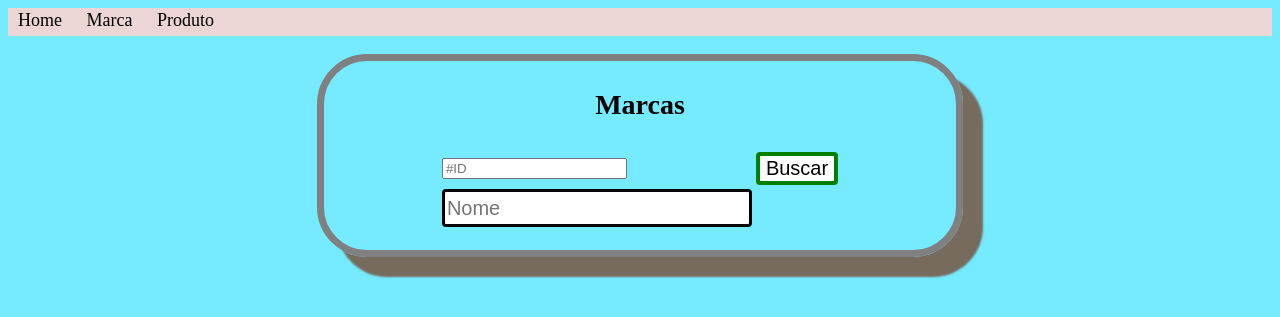
Repository: ThaisScheiner/TarefaLabBD_Programacao_SQL_Java_Maven
Page: http://localhost/CrudServletsComMaven/marca.jsp
The author's editor kept a copy of each file at every save. The page is drawn from the files as they stood at one save, then again after the next save.
The browser window is 1280 px wide. The pictures show the whole page.
The page is served by Tomcat 9. Other server files are loaded and not shown.

Above is the page before, as saved 2022-09-04 21:50:50.

### CrudServletsComMaven/src/main/webapp/marca.jsp
<%@ page language="java" contentType="text/html; charset=ISO-8859-1"
    pageEncoding="ISO-8859-1"%>
<!DOCTYPE html>
<html>
<head>
<meta charset="ISO-8859-1">
<link rel="stylesheet" href="./css/styles.css">
<title>MARCA</title>
</head>
<body>
	<div>
		<jsp:include page="menu.jsp"></jsp:include>
	</div>

	<br />

	<div align="center" class="container">
		<form action="marca" method="post">
			<p class="title">
				<b>Marcas</b>
			</p>

			<table>
				<tr>
					<td colspan="3">
						<input class="id_input_data" type="number" min="0"
							step="1" id="id" name="id" placeholder="#ID">
					</td>

					<td>
						<input type="submit" id="botao" name="botao" value="Buscar">
					</td>
				</tr>
				<tr>
					<td>
						<input class="input_data" type="text" id="nome" name="nome" placeholder="Nome">
					</td>
				</tr>
			</table>
		</form>

	</div>
</body>
</html>

### CrudServletsComMaven/src/main/webapp/menu.jsp
<%@ page language="java" contentType="text/html; charset=ISO-8859-1"
    pageEncoding="ISO-8859-1"%>
<!DOCTYPE html>
<html>
<head>
<meta charset="ISO-8859-1">
<link rel="stylesheet" href="./css/styles.css">
<title></title>
</head>
<body>
	<nav id="menu">
		<ul>
			<li><a href="index.jsp">Home</a>
			<li><a href="marca.jsp">Marca</a>
			<li><a href="prduto.jsp">Produto</a>
		</ul>
	</nav>
</body>
</html>

### CrudServletsComMaven/src/main/webapp/css/styles.css
@charset "ISO-8859-1";

body
{
	background-color: #76EAFF;
}

#menu ul
{
	padding: 0px;
	margin: 0px;
	list-style: none;
	background-color: #ECD6D5;
	font-size: 18px;
}

#menu ul li
{
	display: inline;
}

#menu ul li a
{
	font-size: 18px;
	padding: 2px 10px;
	display: inline-block;
	background-color: #ECD6D5;
	color: black;
	text-decoration: none;
	border-bottom: 3px solid #ECD6D5;
}

#menu ul li a:hover
{
	font-size: 18px;
	background-color: #A4A4A4;
	color: white;
	border-bottom: 3px solid red;
}

input[type=submit]
{
	border: 4px solid green;
	color: black;
	background-color: white;
	border-radius: 4px;
	font-size: 20px;
}

input[type=submit]:hover
{
	background-color: green;
	color: white;
}

.container
{
	margin: auto;
	width: 50%;
	border: 7px solid gray;
	border-radius: 50px;
	padding-bottom: 20px;
	box-shadow: 20px 20px 2px #766B5D
}

.title
{
	font-size: 28px;
	color: black;
}

.input_data
{
	border: 3px solid black;
	border-radius: 4px;
	height: 30px;
	width: 300px;
	font-size: 20px;
}

.input_data_id
{
	border: 3px solid black;
	border-radius: 4px;
	height: 30px;
	width: 50px;
	font-size: 20px;
}

.input_data_date
{
	border: 3px solid black;
	border-radius: 4px;
	height: 30px;
	width: 180px;
	font-size: 20px;
}

.table_round
{
	border: 1px solid black;
	border-radius: 10px;
}

.th_dash
{
	border: 0.5px solid blue;
	border-style: dashed;
}

.td_groove
{
	border: 0.5px solid red;
	border-style: groove;
}

After the next save:
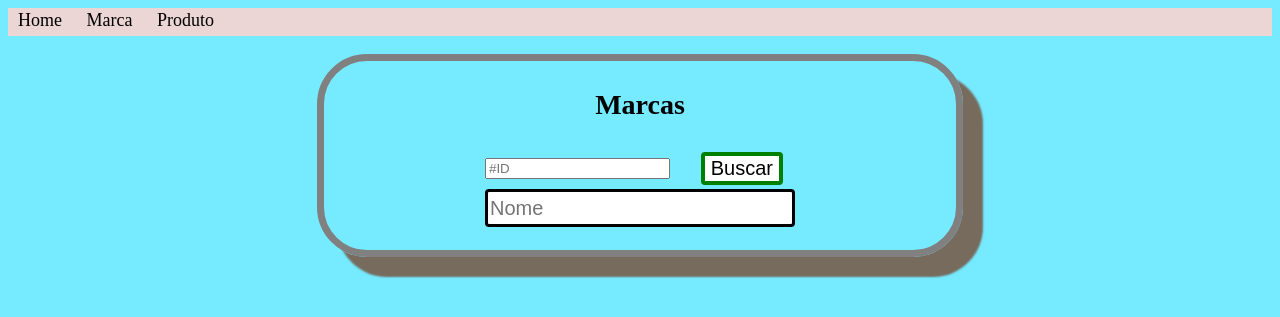
Saved 18 min 52 s later.
--- a/CrudServletsComMaven/src/main/webapp/marca.jsp
+++ b/CrudServletsComMaven/src/main/webapp/marca.jsp
@@ -32,7 +32,7 @@
 					</td>
 				</tr>
 				<tr>
-					<td>
+					<td colspan="4">
 						<input class="input_data" type="text" id="nome" name="nome" placeholder="Nome">
 					</td>
 				</tr>
